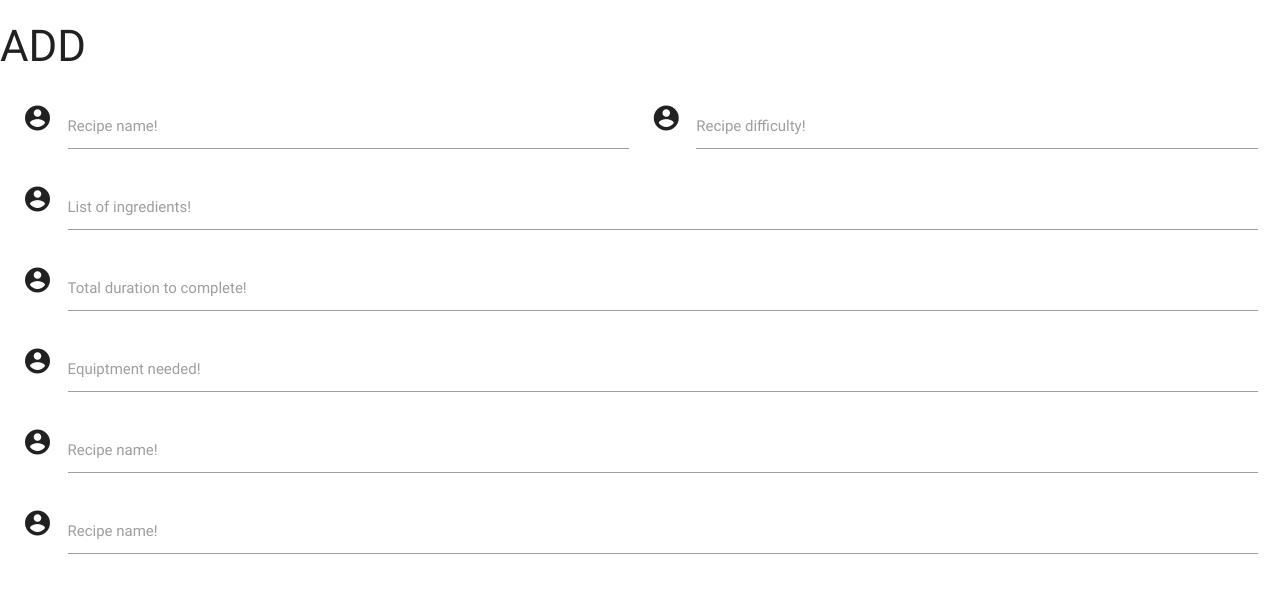
Repository: tgarratt/HungryHerbivore-Milestone3
Page: templates/addrecipe.html
The author's editor kept a record of every edit. The page is drawn from the files as they stood at one moment, then again after the next edit.
The browser window is 1280 px wide. The pictures show the whole page.
The template is drawn by Flask 3. The application's start-up code is not run. The template is opened directly, without the code that normally fills it, so the values that code supplies are empty.

Above is the page before.

After the next edit:
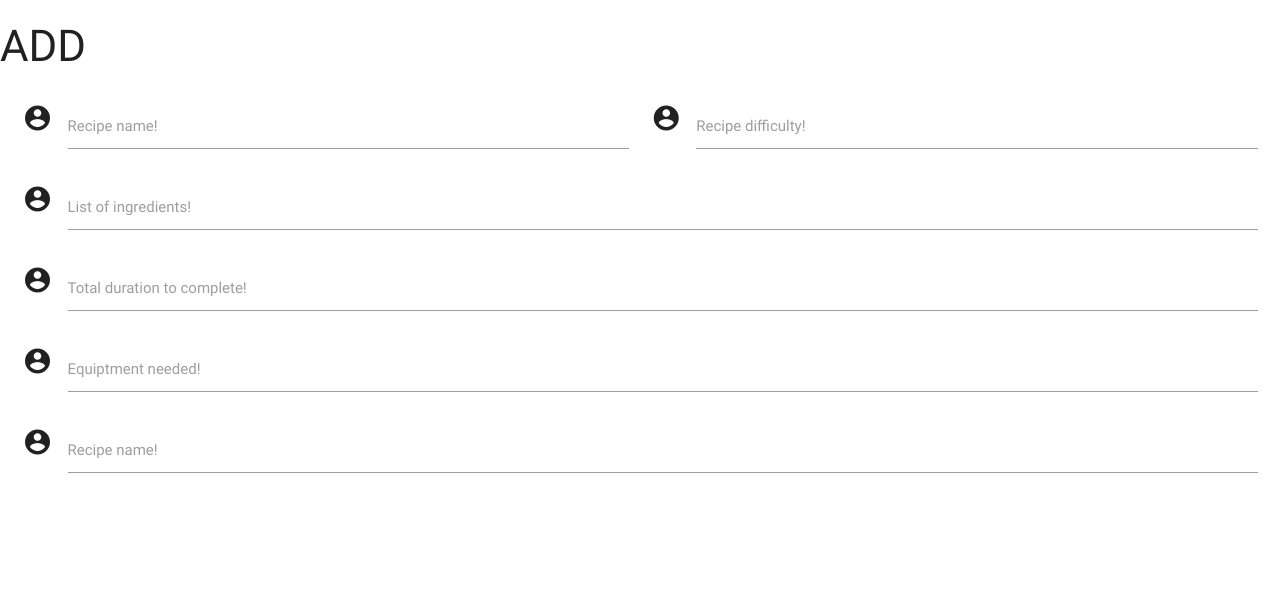
The edit:
--- a/templates/addrecipe.html
+++ b/templates/addrecipe.html
@@ -40,11 +40,6 @@
                 <label for="icon_prefix">Recipe name!</label>
             </div>
 
-            <div class="input-field col s12">
-                <i class="material-icons prefix">account_circle</i>
-                <input id="meal_name" name = "meal_name" type="text" class="validate">
-                <label for="icon_prefix">Recipe name!</label>
-            </div>
         </div>
 </div>
 </form>
